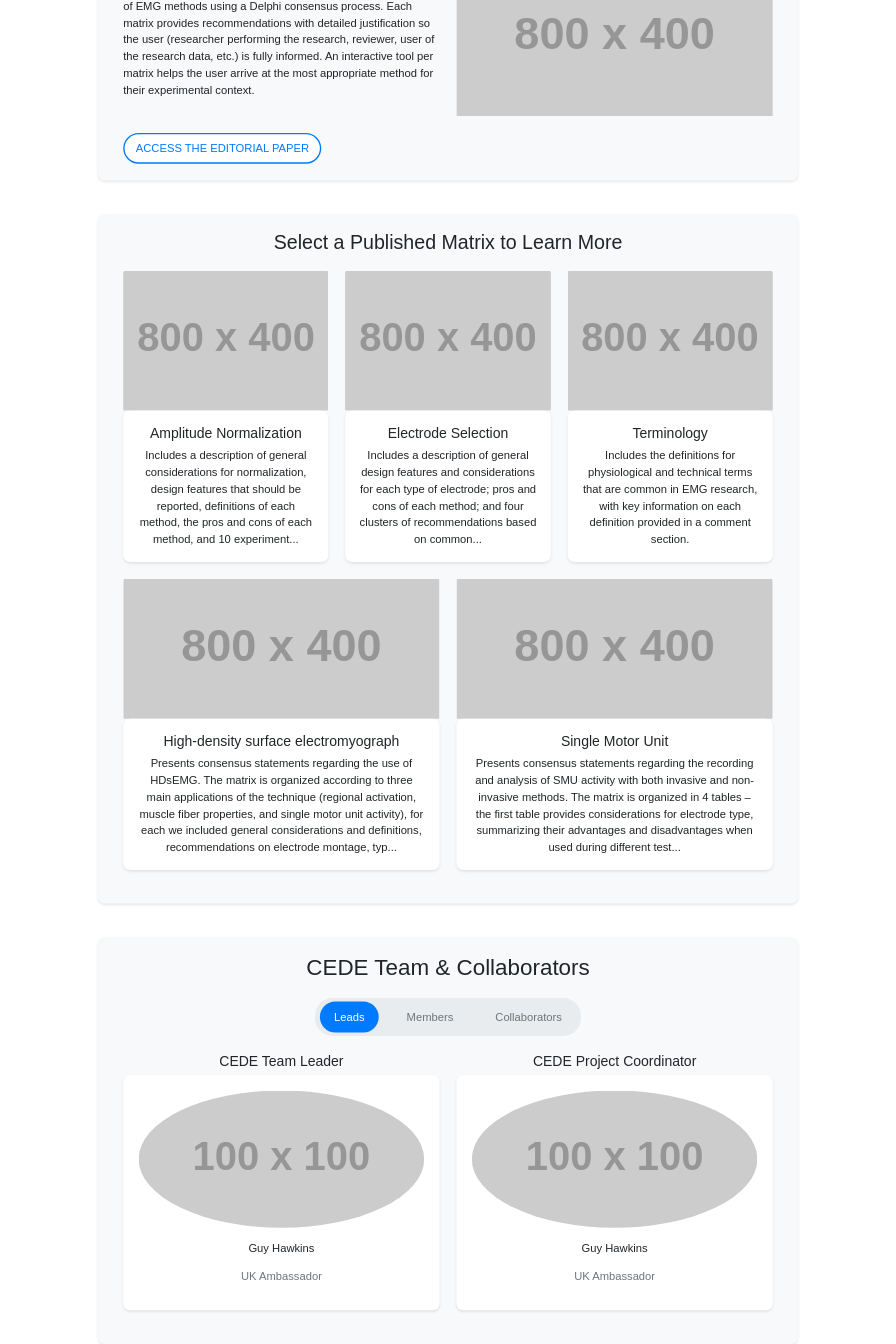
Repository: devashrisamani/CEDE-Website
Page: website/index.html
An editor plug-in stored every save of this project. The page is shown before and after the next save, followed by the edit.
The browser window is 1280 px wide. The pictures show the part of the page from y = 1007 to 2927 px (the page is 2927 px tall), at 70% of full size.

Above is the page before, as saved 2024-06-26 12:10:15.
Console error: TypeError: Cannot read properties of null (reading 'addEventListener')

### website/index.html
<!DOCTYPE html>
<html lang="en">
  <head>
    <meta charset="UTF-8" />
    <meta name="viewport" content="width=device-width, initial-scale=1.0" />
    <title>Welcome to CEDE</title>
    <link
      href="https://cdn.jsdelivr.net/npm/bootstrap@5.1.3/dist/css/bootstrap.min.css"
      rel="stylesheet"
    />
    <style>
      body {
        font-family: Arial, sans-serif;
        margin: 0;
        padding: 0;
        background-color: #ffffff;
      }

      header {
        padding: 20px;
        text-align: center;
      }

      .navbar {
        border-bottom: 1px solid #cfcfcf;
        background-color: #ffffff;
      }

      header h1 {
        margin: 0;
        color: #333;
      }

      header p {
        color: #666;
      }

      .welcome-section {
        text-align: center;
        margin: 0 auto;
        max-width: 1100px;
        padding: 10px 20px;
      }

      .welcome-section h5 {
        margin: 0;
        font-weight: 700;
        color: #333;
        letter-spacing: 1px;
      }

      .welcome-section h1 {
        font-size: 2.5rem;
        margin-top: 20px;
        margin-bottom: 20px;
      }

      .welcome-section p {
        font-size: 1rem;
        line-height: 1.5;
        margin-bottom: 10px;
      }

      .welcome-section img {
        width: 100%;
        height: 400px;
        margin-top: 10px;
        border-radius: 20px;
      }

      .container-box,
      .why-cede-exists-container,
      .team-section-container,
      .matrix-section-container,
      .supporters-container {
        background-color: #f8f9fa; /* Light grey background */
        border-radius: 10px;
        padding: 40px; /* Add padding inside the container */
        box-shadow: 0 2px 4px rgba(0, 0, 0, 0.1); /* Optional: adds subtle shadow */
        margin: 0 auto; /* Center the container */
        max-width: 1000px; /* Set a max-width */
      }

      .why-cede-exists-container p,
      .why-cede-exists-container .btn {
        font-size: 1rem;
        line-height: 1.5;
      }

      .why-cede-exists-container .btn {
        padding: 0.5rem 1rem;
        border-radius: 25px;
        border: 2px solid #007bff;
        background-color: white;
        color: #007bff;
        text-transform: uppercase;
      }

      .why-cede-exists-container .btn:hover {
        background-color: #007bff;
        color: white;
      }

      .team-section-container h3,
      .supporters-container h3 {
        font-size: 2rem;
      }

      .toggle-buttons {
        display: flex;
        justify-content: center;
        background-color: #e9ecef; /* Light grey background for the toggle container */
        border-radius: 25px;
        padding: 5px;
        max-width: 380px; /* Adjust this value to control the length */
        margin: 0 auto; /* Center the toggle buttons container */
      }

      .btn-toggle {
        background-color: transparent;
        border: none;
        padding: 10px 20px;
        margin: 0 10px;
        border-radius: 25px;
        cursor: pointer;
        font-size: 1rem;
        outline: none;
        color: #6c757d; /* Grey color for inactive buttons */
      }

      .btn-toggle.active {
        background-color: #007bff; /* Blue background for active button */
        color: #ffffff;
      }

      .card {
        border: none;
        background-color: transparent;
      }

      .card-body {
        background-color: #ffffff;
        border-radius: 10px;
        padding: 20px;
        box-shadow: 0 2px 4px rgba(0, 0, 0, 0.1);
      }

      .rounded-circle {
        border: 2px solid #ffffff;
      }

      .supporter-logo {
        max-height: 50px; /* Adjust the height as needed */
        margin: 10px;
      }

      .card-link {
        text-decoration: none;
        color: inherit;
      }

      .card-link:hover .card {
        box-shadow: 0 4px 8px rgba(0, 0, 0, 0.1); /* Optional: Add hover effect */
        color: black;
      }

      .card img {
        width: 100%;
        height: 200px;
        object-fit: cover;
      }
    </style>
  </head>
  <body>
    <nav class="navbar navbar-expand-lg navbar-light bg-white">
      <div class="container-fluid">
        <a class="navbar-brand" href="#">CEDE</a>
        <button
          class="navbar-toggler"
          type="button"
          data-bs-toggle="collapse"
          data-bs-target="#navbarNavAltMarkup"
          aria-controls="navbarNavAltMarkup"
          aria-expanded="false"
          aria-label="Toggle navigation"
        >
          <span class="navbar-toggler-icon"></span>
        </button>
        <div
          class="collapse navbar-collapse justify-content-end"
          id="navbarNavAltMarkup"
        >
          <div class="navbar-nav">
            <a class="nav-link active" href="index.html">Home</a>
            <div class="nav-item dropdown">
              <a
                class="nav-link dropdown-toggle"
                href="#"
                id="matrixSelectionDropdown"
                role="button"
                data-bs-toggle="dropdown"
                aria-expanded="false"
              >
                Matrix Selection
              </a>
              <ul
                class="dropdown-menu"
                aria-labelledby="matrixSelectionDropdown"
              >
                <li>
                  <a class="dropdown-item" href="amplitude.html"
                    >Amplitude Normalization</a
                  >
                </li>
                <li>
                  <a class="dropdown-item" href="#">Electrode Selection</a>
                </li>
                <li><a class="dropdown-item" href="#">Terminology</a></li>
                <li>
                  <a class="dropdown-item" href="#"
                    >High-density surface electromyograph</a
                  >
                </li>
                <li><a class="dropdown-item" href="#">Single Motor Unit</a></li>
              </ul>
            </div>
            <a class="nav-link" href="faq.html">FAQs</a>
            <a class="nav-link" href="#">Glossary</a>
          </div>
        </div>
      </div>
    </nav>

    <div class="welcome-section text-center mt-5 px-5">
      <header class="mb-5">
        <h5 class="text-uppercase">
          Consensus for Experimental Design in Electromyography
        </h5>
        <h1>Welcome to CEDE</h1>
        <p>
          The Consensus for Experimental Design in Electromyography (CEDE)
          project is an international initiative, which aims to guide
          decision-making in recording, analysis, and interpretation of EMG
          across all applications including surface and invasive/intra-muscular
          methods and extends to guidance for specific applications.
        </p>
      </header>
      <img
        src="https://via.placeholder.com/800x400"
        class="img-fluid"
        alt="Placeholder Image"
      />
    </div>

    <div class="why-cede-exists-container mt-5 p-4">
      <div class="container">
        <h3 class="text-center mb-4">Why CEDE Exists</h3>
        <div class="row align-items-center">
          <div class="col-md-6">
            <p>
              The major output of the project is the development of a series of
              matrices to provide guidance for planning and interpretation of
              EMG methods using a Delphi consensus process. Each matrix provides
              recommendations with detailed justification so the user
              (researcher performing the research, reviewer, user of the
              research data, etc.) is fully informed. An interactive tool per
              matrix helps the user arrive at the most appropriate method for
              their experimental context.
            </p>
          </div>
          <div class="col-md-6 text-center">
            <img
              src="https://via.placeholder.com/800x400"
              class="img-fluid"
              alt="Matrix"
            />
          </div>
        </div>
        <div class="text-left mt-4">
          <a
            href="https://pubmed.ncbi.nlm.nih.gov/32569878/"
            class="btn btn-primary"
            target="_blank"
            >Access the Editorial Paper</a
          >
        </div>
      </div>
    </div>

    <div class="matrix-section-container mt-5 p-4">
      <div class="container">
        <h3 class="text-center mb-4">
          Select a Published Matrix to Learn More
        </h3>
        <div class="row text-center">
          <!-- Amplitude Normalization -->
          <div class="col-md-4 mb-4">
            <a href="amplitude.html" class="card-link">
              <div class="card">
                <img
                  src="https://via.placeholder.com/800x400"
                  class="card-img-top"
                  alt="Amplitude Normalization"
                />
                <div class="card-body">
                  <h5 class="card-title">Amplitude Normalization</h5>
                  <p class="card-text">
                    Includes a description of general considerations for
                    normalization, design features that should be reported,
                    definitions of each method, the pros and cons of each
                    method, and 10 experiment...
                  </p>
                </div>
              </div>
            </a>
          </div>

          <!-- Electrode Selection -->
          <div class="col-md-4 mb-4">
            <div class="card">
              <img
                src="https://via.placeholder.com/800x400"
                class="card-img-top"
                alt="Electrode Selection"
              />
              <div class="card-body">
                <h5 class="card-title">Electrode Selection</h5>
                <p class="card-text">
                  Includes a description of general design features and
                  considerations for each type of electrode; pros and cons of
                  each method; and four clusters of recommendations based on
                  common...
                </p>
              </div>
            </div>
          </div>

          <!-- Terminology -->
          <div class="col-md-4 mb-4">
            <div class="card">
              <img
                src="https://via.placeholder.com/800x400"
                class="card-img-top"
                alt="Terminology"
              />
              <div class="card-body">
                <h5 class="card-title">Terminology</h5>
                <p class="card-text">
                  Includes the definitions for physiological and technical terms
                  that are common in EMG research, with key information on each
                  definition provided in a comment section.
                </p>
              </div>
            </div>
          </div>

          <!-- HDsEMG -->
          <div class="col-md-6 mb-4">
            <div class="card">
              <img
                src="https://via.placeholder.com/800x400"
                class="card-img-top"
                alt="HDsEMG"
              />
              <div class="card-body">
                <h5 class="card-title">High-density surface electromyograph</h5>
                <p class="card-text">
                  Presents consensus statements regarding the use of HDsEMG. The
                  matrix is organized according to three main applications of
                  the technique (regional activation, muscle fiber properties,
                  and single motor unit activity), for each we included general
                  considerations and definitions, recommendations on electrode
                  montage, typ...
                </p>
              </div>
            </div>
          </div>

          <!-- SMU -->
          <div class="col-md-6 mb-4">
            <div class="card">
              <img
                src="https://via.placeholder.com/800x400"
                class="card-img-top"
                alt="SMU"
              />
              <div class="card-body">
                <h5 class="card-title">Single Motor Unit</h5>
                <p class="card-text">
                  Presents consensus statements regarding the recording and
                  analysis of SMU activity with both invasive and non-invasive
                  methods. The matrix is organized in 4 tables – the first table
                  provides considerations for electrode type, summarizing their
                  advantages and disadvantages when used during different
                  test...
                </p>
              </div>
            </div>
          </div>
        </div>
      </div>
    </div>

    <div class="team-section-container mt-5 p-4">
      <div class="container">
        <h3 class="text-center mb-4">CEDE Team & Collaborators</h3>
        <div class="toggle-buttons text-center mb-4">
          <button class="btn btn-toggle active" onclick="showSection('leads')">
            Leads
          </button>
          <button class="btn btn-toggle" onclick="showSection('members')">
            Members
          </button>
          <button class="btn btn-toggle" onclick="showSection('collaborators')">
            Collaborators
          </button>
        </div>
        <div id="leads" class="team-section">
          <div class="row text-center">
            <div class="col-md-6 mb-4">
              <h5 class="font-weight-bold">CEDE Team Leader</h5>
              <div class="card">
                <div class="card-body">
                  <img
                    src="https://via.placeholder.com/100"
                    class="rounded-circle mb-3"
                    alt="Team Leader"
                    width="50"
                  />
                  <p class="font-weight-bold">Guy Hawkins</p>
                  <p class="text-muted">UK Ambassador</p>
                </div>
              </div>
            </div>
            <div class="col-md-6 mb-4">
              <h5 class="font-weight-bold">CEDE Project Coordinator</h5>
              <div class="card">
                <div class="card-body">
                  <img
                    src="https://via.placeholder.com/100"
                    class="rounded-circle mb-3"
                    alt="Project Coordinator"
                    width="50"
                  />
                  <p class="font-weight-bold">Guy Hawkins</p>
                  <p class="text-muted">UK Ambassador</p>
                </div>
              </div>
            </div>
          </div>
        </div>
        <div id="members" class="team-section d-none">
          <div class="row text-center">
            <div class="col-md-6 mb-4">
              <h5 class="font-weight-bold">CEDE Member</h5>
              <div class="card">
                <div class="card-body">
                  <img
                    src="https://via.placeholder.com/100"
                    class="rounded-circle mb-3"
                    alt="Member"
                    width="50"
                  />
                  <p class="font-weight-bold">Alice Johnson</p>
                  <p class="text-muted">Research Specialist</p>
                </div>
              </div>
            </div>
            <div class="col-md-6 mb-4">
              <h5 class="font-weight-bold">CEDE Member</h5>
              <div class="card">
                <div class="card-body">
                  <img
                    src="https://via.placeholder.com/100"
                    class="rounded-circle mb-3"
                    alt="Member"
                    width="50"
                  />
                  <p class="font-weight-bold">Bob Smith</p>
                  <p class="text-muted">Lab Technician</p>
                </div>
              </div>
            </div>
          </div>
        </div>
        <div id="collaborators" class="team-section d-none">
          <div class="row text-center">
            <div class="col-md-6 mb-4">
              <h5 class="font-weight-bold">CEDE Collaborator</h5>
              <div class="card">
                <div class="card-body">
                  <img
                    src="https://via.placeholder.com/100"
                    class="rounded-circle mb-3"
                    alt="Collaborator"
                    width="50"
                  />
                  <p class="font-weight-bold">Jane Doe</p>
                  <p class="text-muted">Industry Expert</p>
                </div>
              </div>
            </div>
            <div class="col-md-6 mb-4">
              <h5 class="font-weight-bold">CEDE Collaborator</h5>
              <div class="card">
                <div class="card-body">
                  <img
                    src="https://via.placeholder.com/100"
                    class="rounded-circle mb-3"
                    alt="Collaborator"
                    width="50"
                  />
                  <p class="font-weight-bold">John Lee</p>
                  <p class="text-muted">Field Specialist</p>
                </div>
              </div>
            </div>
          </div>
        </div>
      </div>
    </div>

    <script src="script.js"></script>
    <script src="https://cdn.jsdelivr.net/npm/bootstrap@5.1.3/dist/js/bootstrap.bundle.min.js"></script>
  </body>
</html>

### website/script.js
function selectOption(option) {
  console.log("Option selected:", option);
}


function selectOption(option) {
  console.log("Option selected:", option);
}

function goBack() {
  window.history.back();
}

// Decision tree functions
const questions = [
  "Does your experiment involve comparisons between muscles or within muscles?",
  "Does your experiment involve comparisons between sessions or within a session?",
  "Does your experiment involve within-group comparisons or between-groups comparisons?",
  "Can your participants perform MVC?",
];

const responses = [
  ["Between muscles", "Within muscle"],
  ["Between sessions", "Within a session"],
  ["Within-group comparison", "Between-groups comparison"],
  ["Yes", "No"],
];

const decisionTree = {
  "Within muscle": {
    "Within a session": {
      "Within-group comparison": {
        Yes: "Experimental context 1: Amplitude comparison within a person and muscle, between conditions/tasks (within a session). *Without removing electrodes (1.1 - 1.6)",
      },
    },
  },
};

function getRecommendation(responses) {
  let node = decisionTree;
  for (let response of responses) {
    if (node[response]) {
      node = node[response];
    } else {
      return "No recommendation found for the given responses.";
    }
  }
  return node;
}

document.getElementById("get-recommendation").addEventListener("click", () => {
  const userResponses = [
    document.getElementById("q1-select").value,
    document.getElementById("q2-select").value,
    document.getElementById("q3-select").value,
    document.getElementById("q4-select").value,
  ];
  const recommendation = getRecommendation(userResponses);
  document.getElementById("recommendation").innerText = recommendation;
});

// disabled submit button

document.addEventListener("DOMContentLoaded", function () {
  const form = document.getElementById("question-form");
  const submitButton = document.getElementById("submit-button");
  const options = form.querySelectorAll(".option");

  options.forEach((option) => {
    option.addEventListener("click", function () {
      option.classList.toggle("selected");
      checkIfAllQuestionsAnswered();
    });
  });

  function checkIfAllQuestionsAnswered() {
    const allAnswered = document.querySelectorAll(".selected").length >= 3;
    submitButton.disabled = !allAnswered;
  }

  form.addEventListener("submit", function (event) {
    event.preventDefault();
    // Handle form submission logic
    document.getElementById("recommendation").innerText =
      "Your recommendation text here";
  });
});

// CEDE Collaborations section

function showSection(sectionId) {
  const sections = document.querySelectorAll(".team-section");
  const buttons = document.querySelectorAll(".btn-toggle");
  sections.forEach((section) => {
    section.classList.add("d-none");
  });
  buttons.forEach((button) => {
    button.classList.remove("active");
  });
  document.getElementById(sectionId).classList.remove("d-none");
  document
    .querySelector(`button[onclick="showSection('${sectionId}')"]`)
    .classList.add("active");
}

function toggleFAQ(element) {
  const answer = element.nextElementSibling;
  const icon = element.querySelector(".faq-icon");

  if (answer.style.display === "block") {
    answer.style.display = "none";
    icon.textContent = "+";
  } else {
    answer.style.display = "block";
    icon.textContent = "-";
  }
}

document.addEventListener("DOMContentLoaded", () => {
  const searchInput = document.getElementById("faq-search");
  const searchButton = document.getElementById("search-button");

  function performSearch() {
    const searchTerm = searchInput.value.toLowerCase();
    const faqItems = document.querySelectorAll(".faq-item");

    faqItems.forEach(function (item) {
      const questionText = item
        .querySelector(".faq-question span")
        .innerText.toLowerCase();
      const answerText = item
        .querySelector(".faq-answer p")
        .innerText.toLowerCase();

      if (
        questionText.includes(searchTerm) ||
        answerText.includes(searchTerm)
      ) {
        item.style.display = "block";
      } else {
        item.style.display = "none";
      }
    });
  }

  searchInput.addEventListener("input", performSearch);
  searchButton.addEventListener("click", performSearch);
});

After the next save:
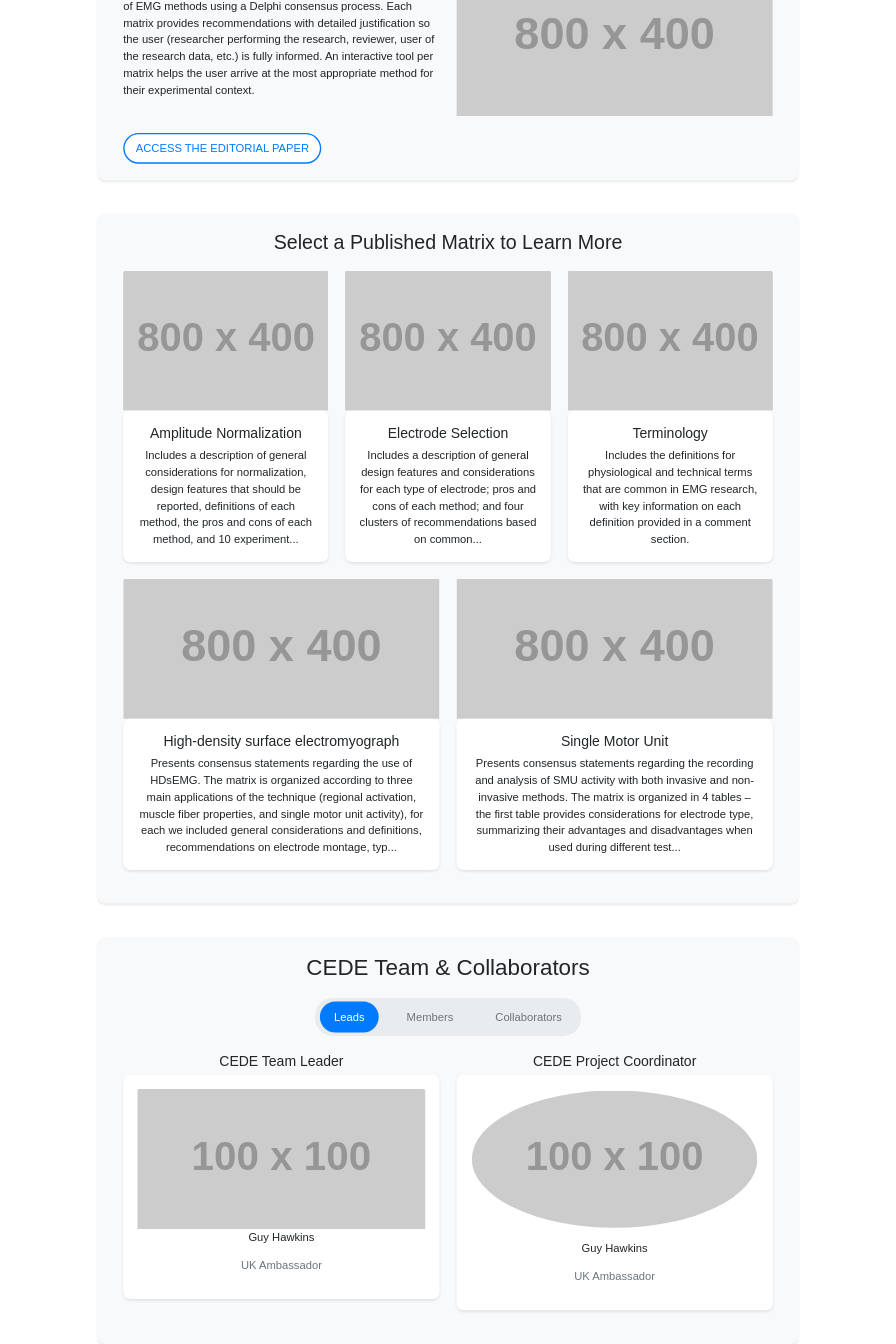
Saved 79 s later.
--- a/website/index.html
+++ b/website/index.html
@@ -423,7 +423,7 @@
                 <div class="card-body">
                   <img
                     src="https://via.placeholder.com/100"
-                    class="rounded-circle mb-3"
+                    class="card-img-top"
                     alt="Team Leader"
                     width="50"
                   />
